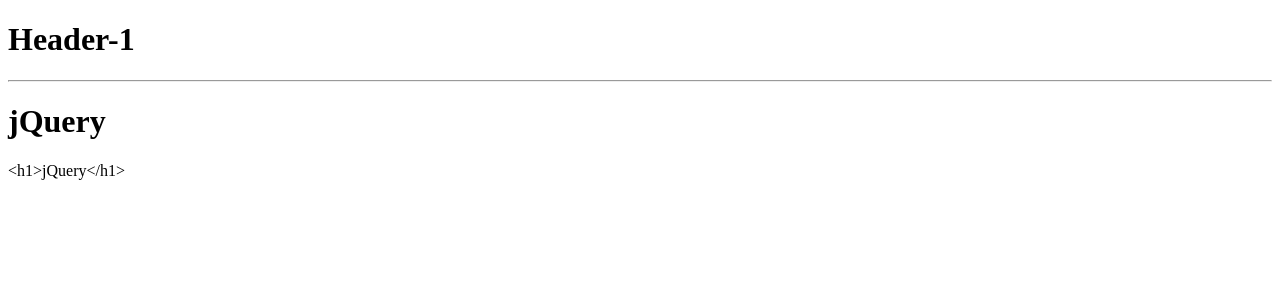
Repository: chlguswns1/web-practice
Page: jQuery/src/main/webapp/03_DOM_Operation.html
These files come from the project's save history. The page is drawn as it stood at one moment and after the next save; the edit follows.
The browser window is 1280 px wide. The pictures show the whole page.

Above is the page before, as saved 2023-03-09 08:43:45.

After the next save:
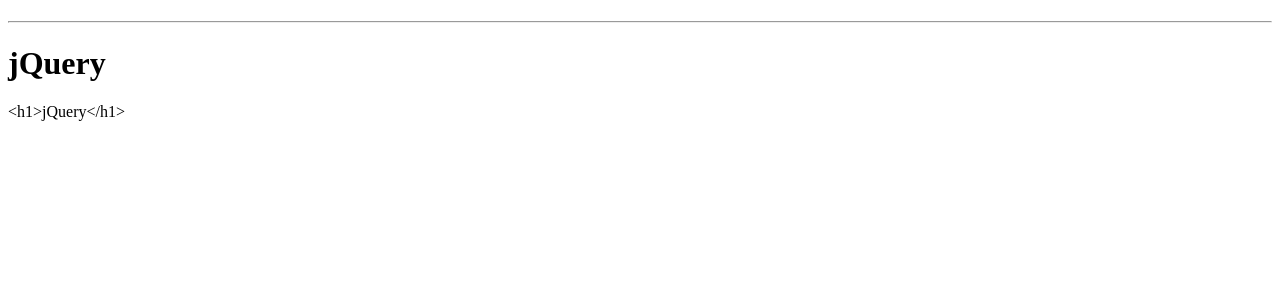
Saved 92 s later.
--- a/jQuery/src/main/webapp/03_DOM_Operation.html
+++ b/jQuery/src/main/webapp/03_DOM_Operation.html
@@ -161,6 +161,10 @@
 		$('h1').first().remove();
 	})
 
+		$(function() {
+		$('h1').first().empty();
+	})
+
 
 /* 11. 문서 객체의 생성(1)  */
 //- 텍스트 노드를 갖는 문서 객체를 생성하는 방법.
